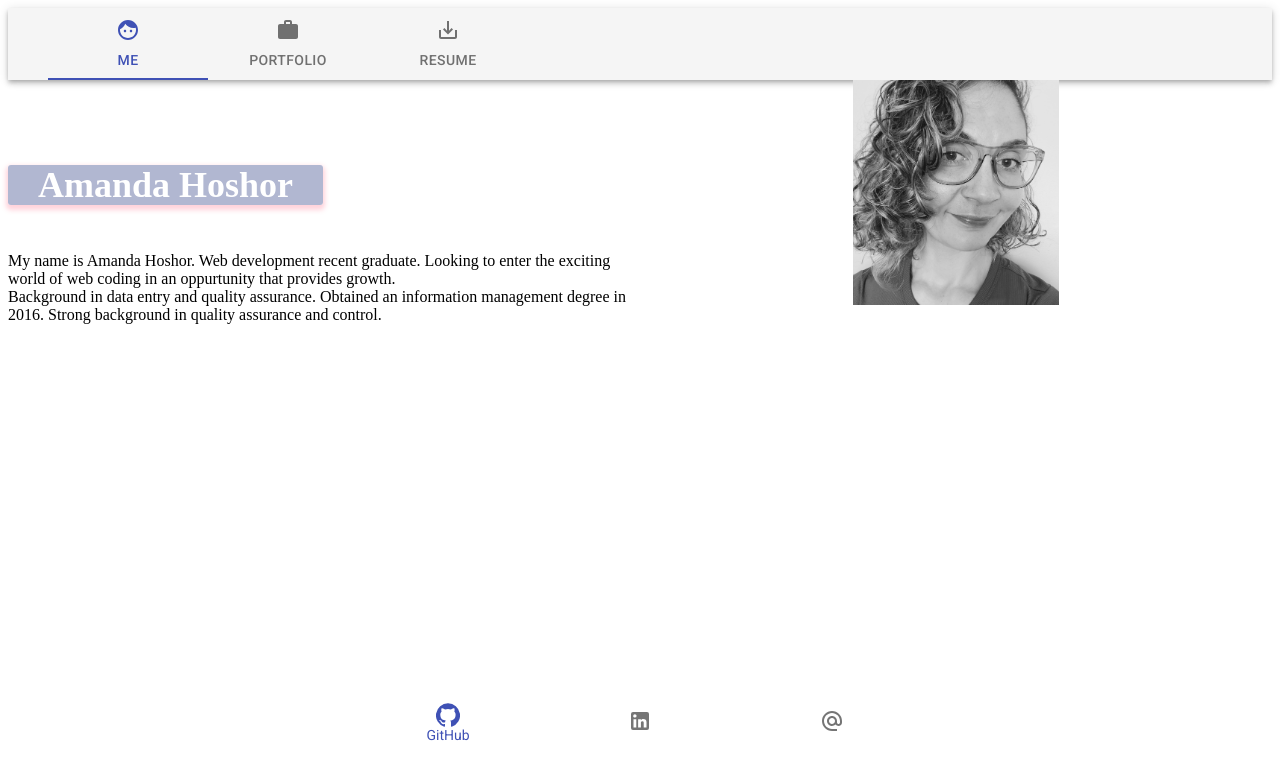
Repository: mandahos/hoshor
Page: /
These files come from the project's save history. The page is drawn as it stood at one moment and after the next save; the edit follows.
The browser window is 1280 px wide. The pictures show the whole page.
The project was rebuilt for these pictures with package versions that can differ from the ones it lists, and the page was loaded fresh each time. Also part of the build but not shown: src/components/Portfolio/index.js, src/components/Resume/index.js. Imported but missing from the stored project, and not drawn on this page: src/assets/resume/Amanda_Hoshor_Resume.PDF, src/assets/resume/Resume_Hoshor (1).pdf.

Above is the page before, as saved 2021-08-22 08:26:28.

### public/index.html
<!DOCTYPE html>
<html lang="en">
  <head>
    <meta charset="utf-8" />
    <link rel="icon" href="%PUBLIC_URL%/favicon.ico" />
    <meta name="viewport" content="width=device-width, initial-scale=1" />
    <meta name="theme-color" content="#000000" />
    <meta
      name="description"
      content="Web site created using create-react-app"
    />
    <link rel="apple-touch-icon" href="%PUBLIC_URL%/logo192.png" />
    <link rel="stylesheet" href="https://fonts.googleapis.com/css?family=Roboto:300,400,500,700&display=swap" />

    <!--
      manifest.json provides metadata used when your web app is installed on a
      user's mobile device or desktop. See https://developers.google.com/web/fundamentals/web-app-manifest/
    -->

    <link rel="stylesheet" href="https://fonts.googleapis.com/icon?family=Material+Icons" />
    <link rel="manifest" href="%PUBLIC_URL%/manifest.json" />
    <!--
      Notice the use of %PUBLIC_URL% in the tags above.
      It will be replaced with the URL of the `public` folder during the build.
      Only files inside the `public` folder can be referenced from the HTML.

      Unlike "/favicon.ico" or "favicon.ico", "%PUBLIC_URL%/favicon.ico" will
      work correctly both with client-side routing and a non-root public URL.
      Learn how to configure a non-root public URL by running `npm run build`.
    -->
    <title>Hoshor</title>
  </head>
  <body>
    <noscript>You need to enable JavaScript to run this app.</noscript>
    <div id="root"></div>
    <!--
      This HTML file is a template.
      If you open it directly in the browser, you will see an empty page.

      You can add webfonts, meta tags, or analytics to this file.
      The build step will place the bundled scripts into the <body> tag.

      To begin the development, run `npm start` or `yarn start`.
      To create a production bundle, use `npm run build` or `yarn build`.
    -->
  </body>
</html>

### src/index.js
import React from 'react';
import ReactDOM from 'react-dom';
import './css/styles.css';
import App from './App';

ReactDOM.render(
  <React.StrictMode>
    <App />

  </React.StrictMode>,
  document.getElementById('root')
);

// If you want to start measuring performance in your app, pass a function
// to log results (for example: reportWebVitals(console.log))
// or send to an analytics endpoint. Learn more: https://bit.ly/CRA-vitals

### src/css/styles.css
.App {
  font-family: Arial, Helvetica, sans-serif;
  text-align: center;
  background-color: #7A6174;
  color: white
}
h1 {
  font-size: 48px;

}
h2 {
  font-size: 14px
}
.About {
  font-family: Cambria, Cochin, Georgia, Times, 'Times New Roman', serif
}
h3 {
  text-align: left;
}

p {
  text-align: left;
}

### src/App.js
import React, { useState } from "react";
import "./css/styles.css";
import  Navigation from "./components/Navigation";
import  Footer  from "./components/Footer";
import { makeStyles } from '@material-ui/core/styles';


// import background from "./assets/images/plug.png"


export default function App() {

  return (
    <div >
      <Navigation />



        <Footer />
    </div>
  )
}

### src/components/Navigation/index.js
import React from 'react';
import PropTypes from 'prop-types';
import { makeStyles } from '@material-ui/core/styles';
import AppBar from '@material-ui/core/AppBar';
import Tabs from '@material-ui/core/Tabs';
import Tab from '@material-ui/core/Tab';

import FaceIcon from '@material-ui/icons/Face';
import WorkIcon from '@material-ui/icons/Work';
import SaveAltIcon from '@material-ui/icons/SaveAlt';

import Typography from '@material-ui/core/Typography';
import Box from '@material-ui/core/Box';

import Me from '../Me/index'
import Portfolio from '../Portfolio/index'
import Resume from '../Resume/index'

function TabPanel(props) {
  const { children, value, index, ...other } = props;

  return (
    <div
      role="tabpanel"
      hidden={value !== index}
      id={`scrollable-force-tabpanel-${index}`}
      aria-labelledby={`scrollable-force-tab-${index}`}
      {...other}
    >
      {value === index && (
        <Box p={3}>
          <Typography>{children}</Typography>
        </Box>
      )}
    </div>
  );
}

TabPanel.propTypes = {
  children: PropTypes.node,
  index: PropTypes.any.isRequired,
  value: PropTypes.any.isRequired,
};

function a11yProps(index) {
  return {
    id: `scrollable-force-tab-${index}`,
    'aria-controls': `scrollable-force-tabpanel-${index}`,
  };
}

const useStyles = makeStyles((theme) => ({
  root: {
    flexGrow: 1,
    width: '100%',
    backgroundColor: theme.palette.background.paper,
  },
}));

export default function ScrollableTabsButtonForce() {
  const classes = useStyles();
  const [value, setValue] = React.useState(0);

  const handleChange = (event, newValue) => {
    setValue(newValue);
  };


  return (
    <>
      <div className={classes.root}>
        <AppBar position="static" color="default">
          <Tabs
            value={value}
            onChange={handleChange}
            variant="scrollable"
            scrollButtons="on"
            indicatorColor="primary"
            textColor="primary"
            aria-label="scrollable force tabs example"
          >

            <Tab label="Me" icon={<FaceIcon />} {...a11yProps(0)} />
            <Tab label="Portfolio" icon={<WorkIcon />} {...a11yProps(1)} />
            <Tab label="Resume" icon={<SaveAltIcon />} {...a11yProps(2)} />
          </Tabs>
        </AppBar>


        {value === 0 && <Me />}
        {value === 1 && <Portfolio />}
        {value === 2 && <Resume />}

      </div>
    </>
  );
}

### src/components/Footer/index.js
import React from 'react';
import { makeStyles } from '@material-ui/core/styles';
import BottomNavigation from '@material-ui/core/BottomNavigation';
import BottomNavigationAction from '@material-ui/core/BottomNavigationAction';
import LinkedInIcon from '@material-ui/icons/LinkedIn';
import GitHubIcon from '@material-ui/icons/GitHub';
import AlternateEmailIcon from '@material-ui/icons/AlternateEmail';
import CSS from './footer.css'

const useStyles = makeStyles({
  root: {
    width: 500,


  },
});

export default function LabelBottomNavigation() {
  const footer = useStyles();
  const [value, setValue] = React.useState('recents');

  const handleChange = (event, newValue) => {
    setValue(newValue);
  };

  return (
    <BottomNavigation value={value} onChange={handleChange} className={footer}>
      <BottomNavigationAction a href="https://github.com/mandahos" label="GitHub" value="recents" icon={<GitHubIcon />} />
      <BottomNavigationAction a href="https://www.linkedin.com/in/amanda-hoshor/" label="LinkedIn" value="favorites" icon={<LinkedInIcon />} />
      <BottomNavigationAction a href="mailto:hoshor.manda@gmail.com" label="Email" value="nearby" icon={<AlternateEmailIcon />} />

    </BottomNavigation>
  );
}

### src/components/Me/index.js
import React from 'react';
import {
  Container,
  Stack,
  Flex,
  Box,
  Heading,
  Text,
  Image

} from '@chakra-ui/react';
import { makeStyles } from '@material-ui/core/styles';


import picture from '../../assets/images/portfolio.jpg'

const useStyles = makeStyles({
  header: {
    background: '#b1b7d1',
    border: 0,
    borderRadius: 3,
    boxShadow: '0 3px 5px 2px rgba(255, 105, 135, .3)',
    color: 'white',
    height: 48,
    padding: '0 30px',
    text: 'Amiko'
  },
});

const Me = () => {
  const classes = useStyles();
  return (

    <Container maxW={'7xl'} >
      <Stack
        align={'center'}
        spacing={{ base: 8, md: 10 }}
        py={{ base: 20, md: 28 }}
        direction={{ base: 'column', md: 'row' }}
        >

        <Stack flex={1} spacing={{ base: 5, md: 10 }}>
          <Heading
            lineHeight={1.1}
            fontWeight={800}
            fontSize={36}

            >
            <Text
              as={'span'}
              position={'relative'}
              _after={{
                content: "''",
                width: 'full',
                height: '80%',
                position: 'absolute',
                bottom: 1,
                left: 0,
                bg: 'red.400',
                zIndex: -1,


              }}
              className={classes.header}>
              Amanda Hoshor
            </Text>
            <br />

          </Heading>
          <Text color={'black.500'}>
            My name is Amanda Hoshor. Web development recent graduate. Looking to enter the exciting world of web coding in an oppurtunity that provides growth.
            <br/>
            Background in data entry and quality assurance. Obtained an information management degree in 2016. Strong background in quality assurance and control.
          </Text>
          <Stack
            spacing={{ base: 4, sm: 6 }}
            direction={{ base: 'column', sm: 'row' }}>

          </Stack>
        </Stack>
        <Flex
          flex={1}
          justify={'center'}
          align={'center'}
          position={'relative'}
          w={'full'}>

          <Box
            position={'relative'}
            height={'300px'}
            rounded={'2xl'}
            boxShadow={'2xl'}
            width={'full'}
            overflow={'hidden'}>

            <Image
              alt={'Me'}
              fit={'cover'}
              align={'center'}
              w={'100%'}
              h={'75%'}
              src={
                picture
              }
            />
          </Box>
        </Flex>
      </Stack>
    </Container>
  );
}

export default Me;

### src/components/Footer/footer.css
.root {
    display: block;
    margin-left: auto;
    margin-right: auto;
    margin-top: 25%;
    justify-content: center;
    position: relative;
    bottom: 0;

}

After the next save:
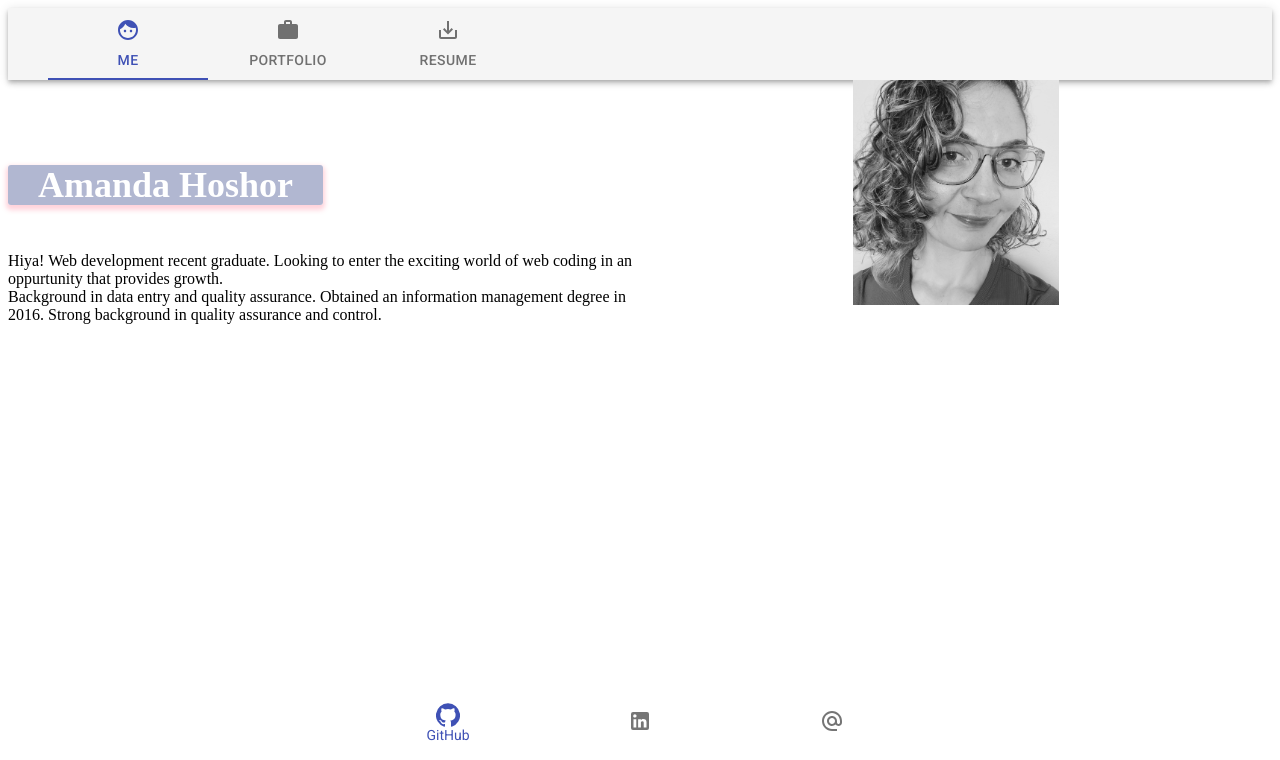
Saved 9 s later.
--- a/src/components/Me/index.js
+++ b/src/components/Me/index.js
@@ -68,7 +68,7 @@ const Me = () => {
 
           </Heading>
           <Text color={'black.500'}>
-            My name is Amanda Hoshor. Web development recent graduate. Looking to enter the exciting world of web coding in an oppurtunity that provides growth.
+            Hiya! Web development recent graduate. Looking to enter the exciting world of web coding in an oppurtunity that provides growth.
             <br/>
             Background in data entry and quality assurance. Obtained an information management degree in 2016. Strong background in quality assurance and control.
           </Text>
